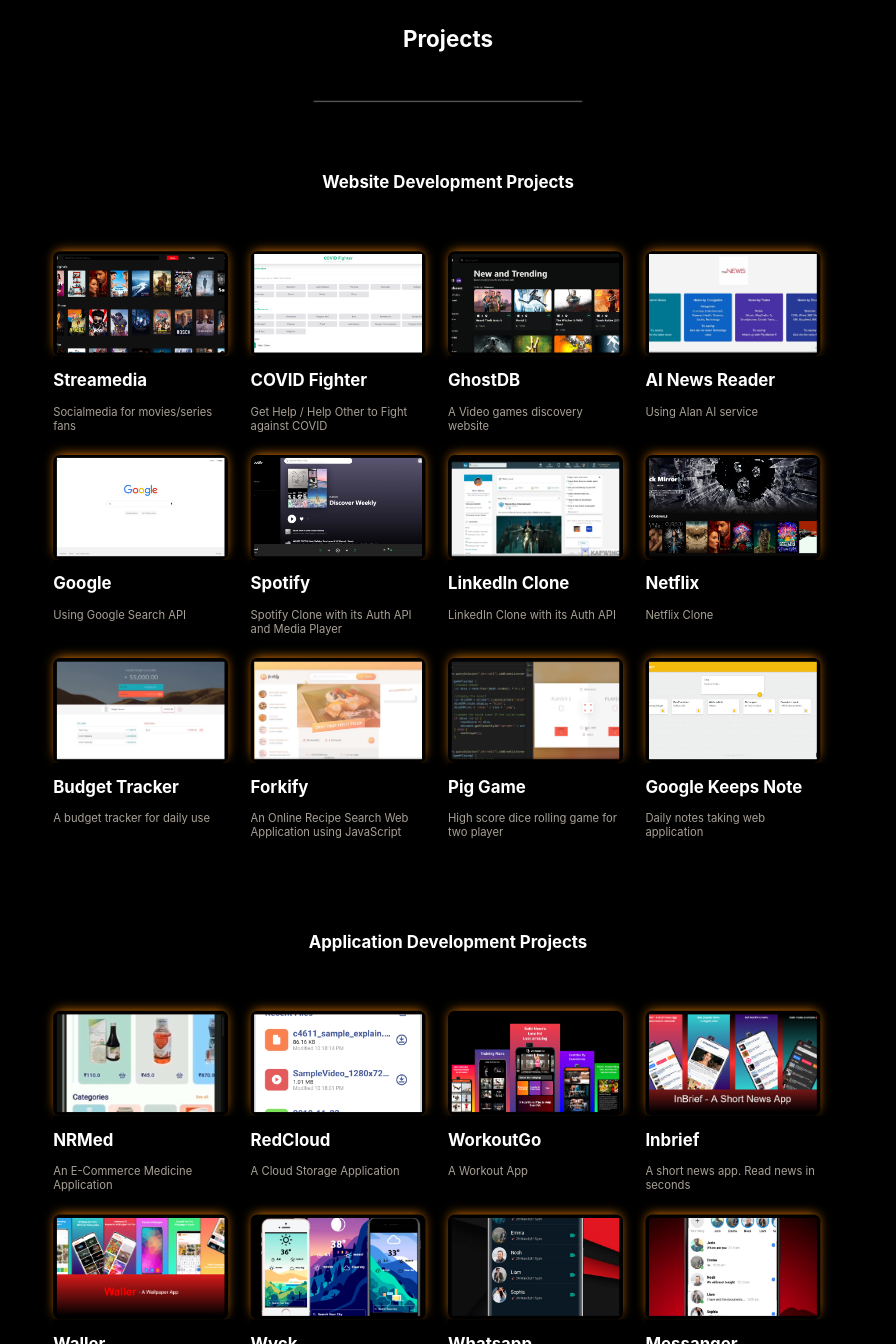
Repository: red-star25/next-portfolio
Page: /
The author's editor kept a copy of each file at every save. The page is drawn from the files as they stood at one save, then again after the next save.
The browser window is 1280 px wide. The pictures show the part of the page from y = 727 to 2647 px (the page is 5386 px tall), at 70% of full size.
The project was rebuilt for these pictures with package versions that can differ from the ones it lists, and the page was loaded fresh each time. The framework's server and built-in components were replaced by stand-ins that run in the browser.

Above is the page before, as saved 2023-11-06 11:25:51.

### styles/globals.css
@import url("https://fonts.googleapis.com/css2?family=Ubuntu&display=swap");

html,
body {
  scroll-behavior: smooth;

  padding: 0;
  margin: 0;
  font-family: -apple-system, BlinkMacSystemFont, "Ubuntu", Segoe UI, Roboto,
    Oxygen, Ubuntu, Cantarell, Fira Sans, Droid Sans, Helvetica Neue, sans-serif;
}

a {
  color: inherit;
  text-decoration: none;
}

* {
  box-sizing: border-box;
  background-color: black;
}

/* width */
::-webkit-scrollbar {
  width: 15px;
}

/* Track */
::-webkit-scrollbar-track {
  background: white;
}

/* Handle */
::-webkit-scrollbar-thumb {
  background: grey;
}

/* Handle on hover */
::-webkit-scrollbar-thumb:hover {
  background: #555;
}

### styles/App.module.css
.app {
  width: 100%;
  overflow: hidden;
}

.app__home {
  margin-top: 4em;
  height: 70vh;
  width: 100%;
  display: flex;
  align-items: center;
  justify-content: flex-start;
}

.app__scrollDownIndicator {
  display: flex;
  justify-content: center;
  align-items: center;
  padding: 1em 0;
  background-color: black;
  margin-top: 5em;
}
.app__scrollDownIndicator > img {
  height: 30px;
  width: 30px;
}

@media only screen and (max-width: 520px) {
  .app__scrollDownIndicator {
    margin-top: 1em;
  }
}

### component/Home/Home.jsx
import React from "react";
import styles from "../../styles/Home.module.css";

import { motion } from "framer-motion";

function Home() {
  return (
    <div className={styles.home}>
      <motion.div
        className={styles.home__left}
        animate={{
          x: 0,
          opacity: 1,
          transition: {
            duration: 0.5,
            type: "tween",
          },
        }}
        initial={{
          opacity: 0,
          x: -100,
        }}
      >
        <div className={styles.home__title}>
          <h1>
            Hello, I'm Dhruv
            <br />
            Nakum
          </h1>
        </div>
        <div className={styles.home__subtitle}>
          <p>Mobile and Web Developer from India.</p>
        </div>
        <div style={{ marginTop: "2em" }}></div>
        <div className={styles.resume_btn}>
          <a href="https://drive.google.com/file/d/1vIg0jRUwXptqm2S09jY5MFjWA6coCvS4/view?usp=sharing" download="Dhruv's Resume" target="_blank" rel="noreferrer">Download Resume</a>
        </div>
        <div style={{ marginTop: "2em" }}></div>
        <div className={styles.blog_btn}>
          <a href="https://dhruvnakum.xyz" target="_blank" rel="noreferrer">Visit Blog ↗</a>
        </div>
        <div className={styles.separator}></div>
        <div className={styles.home__subtitle2}>
          <p>See the projects below, or check out some</p>
        </div>
      </motion.div>
      <motion.div
        className={styles.home__right}
        animate={{
          opacity: 1,
          transition: {
            duration: 1,
            type: "tween",
          },
        }}
        initial={{
          opacity: 0,
        }}
      >
        <img src="/images/b&w.png" alt="" />
      </motion.div>
    </div>
  );
}

export default Home;

### component/Project/Project.jsx
import { useEffect } from "react";
import styles from "../../styles/Project.module.css";
import Image from "next/image";
import { useRouter } from "next/router";

import Aos from "aos";
import "aos/dist/aos.css";

function Project() {
  const router = useRouter();
  const webProjects = [
    {
      title: "Streamedia",
      subtitle: "Socialmedia for movies/series fans",
      image: "/images/Home.png",
      source: "https://streamedia.in/",
    },
    {
      title: "COVID Fighter",
      subtitle: "Get Help / Help Other to Fight against COVID",
      image: "/images/covidFighter.png",
      source: "http://covid-fighter.vercel.app/",
    },
    {
      title: "GhostDB",
      subtitle: "A Video games discovery website",
      image: "/images/ghost.png",
      source: "https://ghostdb.vercel.app/",
    },

    {
      title: "AI News Reader",
      subtitle: "Using Alan AI service",
      image: "/images/ai_reader.png",
      source: "https://github.com/red-star25/alan-ai",
    },
    {
      title: "Google",
      subtitle: "Using Google Search API",
      image: "/images/google_clone.png",
      source: "https://github.com/red-star25/google-clone",
    },
    {
      title: "Spotify",
      subtitle: "Spotify Clone with its Auth API and Media Player",
      image: "/images/spotify_clone.png",
      source: "https://github.com/red-star25/spotify-clone",
    },
    {
      title: "LinkedIn Clone",
      subtitle: "LinkedIn Clone with its Auth API",
      image: "/images/linkedInClone.png",
      source: "https://github.com/red-star25/LinkedIn-Clone",
    },
    {
      title: "Netflix",
      subtitle: "Netflix Clone",
      image: "/images/netflix_clone.png",
      source: "https://github.com/red-star25/netflix-clone",
    },

    {
      title: "Budget Tracker",
      subtitle: "A budget tracker for daily use",
      image: "/images/budget_tracker.png",
      source: "https://zealous-mclean-9f05f5.netlify.app/",
    },
    {
      title: "Forkify",
      subtitle: "An Online Recipe Search Web Application using JavaScript ",
      image: "/images/forkify.png",
    },
    {
      title: "Pig Game",
      subtitle: "High score dice rolling game for two player",
      image: "/images/pig_game.png",
      source: "https://github.com/red-star25/pigGame",
    },
    {
      title: "Google Keeps Note",
      subtitle: "Daily notes taking web application",
      image: "/images/todo.png",
      source: "https://github.com/red-star25/todo-js",
    },
  ];
  const appProjects = [
    {
      title: "NRMed",
      subtitle: "An E-Commerce Medicine Application",
      image: "/images/NRMed.png",
      source:
        "https://www.linkedin.com/posts/dhruv-nakum-4b1054176_flutter-flutterdev-flutterappdevelopment-activity-6819283560608886784-152l",
    },
    {
      title: "RedCloud",
      subtitle: "A Cloud Storage Application",
      image: "/images/redcloud.png",
    },
    {
      title: "WorkoutGo",
      subtitle: "A Workout App",
      image: "/images/Workout.png",
      source:
        "https://play.google.com/store/apps/details?id=com.nakumsdtech.workout",
    },
    {
      title: "Inbrief",
      subtitle: "A short news app. Read news in seconds",
      image: "/images/inbrief.png",
      source:
        "https://play.google.com/store/apps/details?id=com.NakumsDtech.inbreif",
    },
    {
      title: "Waller",
      subtitle: "A Wallpaper app. Save & Set wallpapers in one click",
      image: "/images/waller.png",
      source:
        "https://play.google.com/store/apps/details?id=com.NakumsDtech.waller",
    },
    {
      title: "Wyck",
      subtitle: "A Weahter forcast app using 'openweatherapi'",
      image: "/images/weather.png",
      source:
        "https://play.google.com/store/apps/details?id=com.NakumsDtech.wyck",
    },
    {
      title: "Whatsapp",
      subtitle: "An UI clone of Whatsapp mobile application",
      image: "/images/whatsapp_mob.png",
    },
    {
      title: "Messanger",
      subtitle: "An UI clone of Facebook messanger mobile application",
      image: "/images/messanger_app.png",
    },
  ];

  useEffect(() => {
    Aos.init({ duration: 1500 });
  }, []);
  return (
    <div className={styles.project}>
      <h1 data-aos="zoom-in">Projects</h1>
      <div data-aos="zoom-in" className={styles.project__seperator}></div>
      <div className={styles.project__web}>
        <h2>Website Development Projects</h2>
        <div className={styles.project__listOfProject}>
          {webProjects.map((project, index) => {
            return (
              <div
                key={index}
                data-aos="zoom-in-up"
                style={{ cursor: project.source ? "pointer" : "default" }}
                className={styles.projectCard__main}
                onClick={() => {
                  if (project.source != null) router.push(project.source);
                }}
              >
                <div className={styles.projectCard}>
                  <Image
                    width={240}
                    height={140}
                    layout="responsive"
                    objectFit="cover"
                    src={project.image}
                    alt=""
                  />
                </div>
                <div className={styles.projectCard__title}>
                  <h2>{project.title}</h2>
                </div>
                <div className={styles.projectCard__subTitle}>
                  <p>{project.subtitle}</p>
                </div>
              </div>
            );
          })}
        </div>
      </div>
      <div className={styles.project__mobile}>
        <h2>Application Development Projects</h2>
        <div className={styles.project__listOfProject}>
          {appProjects.map((project) => {
            return (
              <div
                data-aos="zoom-in-up"
                style={{ cursor: project.source ? "pointer" : "default" }}
                className={styles.projectCard__main}
                onClick={() => {
                  if (project.source != null) router.push(project.source);
                }}
              >
                <div className={styles.projectCard}>
                  <Image
                    width={240}
                    height={140}
                    objectFit="cover"
                    src={project.image}
                    alt=""
                  />
                </div>
                <div className={styles.projectCard__title}>
                  <h2>{project.title}</h2>
                </div>
                <div className={styles.projectCard__subTitle}>
                  <p>{project.subtitle}</p>
                </div>
              </div>
            );
          })}
        </div>
      </div>
    </div>
  );
}

export default Project;

### component/Connect/Connect.jsx
import React, { useEffect } from "react";
import styles from "../../styles/Connect.module.css";
import Aos from "aos";
import "aos/dist/aos.css";
function Connect() {
  useEffect(() => {
    Aos.init({ duration: 1000 });
  }, []);
  return (
    <div className={styles.connect}>
      <h1 data-aos="zoom-in">Connect</h1>
      <div data-aos="zoom-in" className={styles.connect__seperator}></div>
      <div className={styles.connect__details}>
        <div data-aos="fade-right" className={styles.connectDetails__1}>
          <h1 id={styles.name}>DHRUV NAKUM</h1>
          <p id={styles.profession}>Mobile and Web Developer</p>
          <span id={styles.residency}>• India</span>
        </div>
        <div data-aos="fade-right" className={styles.connectDetails__2}>
          <p id={styles.connectText}>
            If you are thinking about hiring me or would like to discuss a
            project, get in touch with me at
          </p>
          <p id={styles.email}>nakumdhruv123@gmail.com</p>
        </div>
        <div className={styles.connect__social}>
          <a
            href="https://www.linkedin.com/in/dhruv-nakum-4b1054176/"
            target="_blank"
          >
            LINKED IN
          </a>
          <p>/</p>

          <a href="https://twitter.com/dhruv_nakum" target="_blank">
            TWITTER
          </a>
          <p>/</p>

          <a href="https://github.com/red-star25" target="_blank">
            GITHUB
          </a>
        </div>
      </div>
    </div>
  );
}

export default Connect;

### styles/Home.module.css
.home {
  margin: 2em 0em 0em 5em;
  padding: 1em;
  display: flex;
  height: 100%;
  width: 100%;
}

.home__title > h1 {
  color: white;
  font-size: 4em;
}

.home__subtitle > p {
  padding-top: 1em;
  color: #a8a196;
}

.home__subtitle2 > p {
  padding-top: 2em;
  color: #a8a196;
  font-size: 0.8rem;
}

.separator {
  margin-top: 3em;
  border-top: 2px solid #a8a196;
  width: 50px;
}

.home__left {
  height: 100%;
  display: flex;
  width: 50%;
  align-items: flex-start;
  justify-content: center;
  flex-direction: column;
}
.home__right {
  width: 50%;
  display: flex;
  align-items: center;
  justify-content: center;
}

.home__right > img {
  width: 50%;
  border-radius: 150px;
}

.resume_btn > a {
  width: fit-content;
  text-decoration: none;
  color: rgba(255, 255, 255, 0.786);
  padding: 0.5em 2.5em;
  transition: 0.5s;
  background-color: rgba(245, 245, 245, 0.233);
  border-radius: 10px;
}

.resume_btn :hover {
  background-color: white;
  color: black;
  border-radius: 10px;
  cursor: pointer;
}
.blog_btn > a {
  width: fit-content;
  text-decoration: none;
  color: rgba(255, 255, 255, 0.786);
  padding: 0.5em 2.5em;
  transition: 0.5s;
  background-color: rgba(245, 245, 245, 0.233);
  border-radius: 10px;
}

.blog_btn :hover {
  background-color: white;
  color: black;
  border-radius: 10px;
  cursor: pointer;
}

@media only screen and (max-width: 520px) {
  .home {
    margin-left: 3em;
    margin-top: -3em;
  }

  .home__left {
    width: 100%;
  }

  .home__right {
    display: none;
  }
}

@media only screen and (max-width: 880px) {
  .home__left {
    width: 100%;
  }

  .home__right {
    display: none;
  }
}

### styles/Project.module.css
.project {
  display: flex;
  flex-direction: column;
  align-items: center;
  justify-content: center;
}

.project > h1 {
  padding-top: 1em;
  color: white;
  align-self: center;
}

.projectCard {
  height: 150px;
  width: 250px;
  border-radius: 10px;
  padding: 0.3em;
  margin-right: 2em;
  /* margin-bottom: 1em; */
  -webkit-box-shadow: 0px -3px 17px -4px rgba(255, 136, 0, 1);
  -moz-box-shadow: 0px -3px 17px -4px rgba(255, 136, 0, 1);
  box-shadow: 0px -3px 17px -4px rgba(255, 136, 0, 1);
}

.project__seperator {
  width: 30%;
  border-top: 1px solid white;
  margin-top: 3em;
  margin-bottom: 5em;
}

.project__listOfProject {
  margin-top: 4em;
  display: flex;
  flex-wrap: wrap;
  justify-content: center;
}

.project__web,
.project__mobile > h2 {
  color: white;
}

.project__web {
  display: flex;
  flex-direction: column;
  justify-content: center;
  align-items: center;
  width: 90%;
}

.project__mobile {
  margin-top: 5em;
  width: 90%;
  display: flex;
  flex-direction: column;
  justify-content: center;
  align-items: center;
}

.projectCard__main {
  margin-bottom: 1em;
  display: flex;
  flex-direction: column;
}

.projectCard__title > h2 {
  color: white;
  width: 250px;
}

.projectCard__subTitle {
  color: #a8a196;
  width: 250px;
  margin-top: -1em;
}

### styles/Skills.module.css
.skills {
  display: flex;
  flex-direction: column;
  align-items: center;
  justify-content: center;
  margin-top: 5em;
  margin-bottom: 10em;
  margin-left: auto;
  margin-right: auto;
  width: 80%;
}

.skills > h1 {
  color: white;
}

.skills__seperator {
  width: 30%;
  border-top: 1px solid white;
  margin-top: 3em;
  margin-bottom: 5em;
}

.skillMain__item {
  padding-bottom: 2em;
  display: flex;
  flex-direction: column;
  width: 100%;
}

.skillMain2__item {
  align-items: flex-end;
  padding-bottom: 2em;
  display: flex;
  flex-direction: column;
  width: 100%;
}

.skillMain__item > h3,
.skillMain2__item > h3 {
  color: white;
  margin-bottom: 2em;
}

.skills__main1,
.skills__main2 {
  display: flex;
  width: 100%;
}

.skills__main2 {
  margin-top: 5em;
}

.skillsMain__left {
  width: 50%;
  margin: auto;
}
.skillsMain__right {
  width: 50%;
  margin: auto;
}
.skillMain__counter {
  height: 10px;
  width: 70%;
  background-color: red;
  border-radius: 10px;
}

.pie_chart {
  width: 100%;
  height: 280px;
}

@media only screen and (max-width: 720px) {
  .pie_chart {
    height: 200px;
  }
}
@media only screen and (max-width: 520px) {
  .skills__main1,
  .skills__main2 {
    display: flex;
    flex-direction: column;
  }

  .skills__main1 {
    flex-direction: column-reverse;
  }

  .skillsMain__left,
  .skillsMain__right {
    width: 70%;
  }

  .skillMain2__item {
    align-items: flex-start;
  }
  .skills {
    width: 100%;
  }
}

### styles/Connect.module.css
.connect {
  display: flex;
  flex-direction: column;
  width: 90%;
  margin: auto;
}

.connect > h1 {
  color: white;
  align-self: center;
}

.connect__seperator {
  width: 30%;
  align-self: center;
  border-top: 1px solid white;
  margin-top: 3em;
  margin-bottom: 5em;
}

#name {
  color: white;
  padding-bottom: 0.7em;
}
#profession {
  color: #a8a196;
  padding-bottom: 0.5em;
}

#residency {
  font-size: small;
  margin-top: 2em;
  color: #a8a196;
}

.connectDetails__1,
.connectDetails__2 {
  margin-bottom: 5em;
  margin-left: 5em;
}

#connectText {
  color: #a8a196;
  width: 30%;
  margin-bottom: 1em;
}

#email,
#mobile {
  color: white;
  font-weight: bold;
}

.connect__social {
  margin-bottom: 5em;
  display: flex;
  margin-left: 5em;
}

.connect__social > a {
  text-decoration: none;
  color: white;
  font-size: small;
}

.connect__social > p {
  margin: 0px 2em;
  color: #a8a196;
  font-size: smaller;
}

@media only screen and (max-width: 520px) {
  #connectText {
    width: 90%;
  }

  .connectDetails__1,
  .connectDetails__2 {
    margin-left: 3em;
  }

  .connect__social > p {
    margin: 0px 1em;
  }
  .connect__social {
    margin-left: 3em;
  }
}

### styles/Experience.module.css
.experience {
  display: flex;
  flex-direction: column;
  align-items: center;
  justify-content: center;
  margin-top: 5em;
  margin-bottom: 10em;
  margin-left: auto;
  margin-right: auto;
  width: 80%;
  color: white;
  list-style: none;
}

.experience > h1 {
  color: white;
}

.experience__seperator {
  width: 30%;
  border-top: 1px solid white;
  margin-top: 3em;
  margin-bottom: 5em;
}

.experience__data {
  display: flex;
}

.experience__data > ul {
  list-style: none;
}

.company__position {
  font-weight: bold;
  font-size: large;
  margin-bottom: 0.5em;
  color: antiquewhite;
}

.company__duration {
  color: gainsboro;
  font-size: smaller;
  margin-top: 0.5em;
}

@media only screen and (max-width: 520px) {
  .experience__data {
    flex-direction: column;
  }
}

@media only screen and (max-width: 720px) {
  .experience__data {
    flex-direction: column;
  }
}

Loaded but not shown: pages/_app.js (common file); component/Experience/Experience.js (47 lines, source omitted); pages/index.js (43 lines, source omitted); component/Header/Header.jsx (230 lines, source omitted); styles/Header.module.css (146 lines, source omitted); component/Skills/Skills.jsx (96 lines, source omitted)

After the next save:
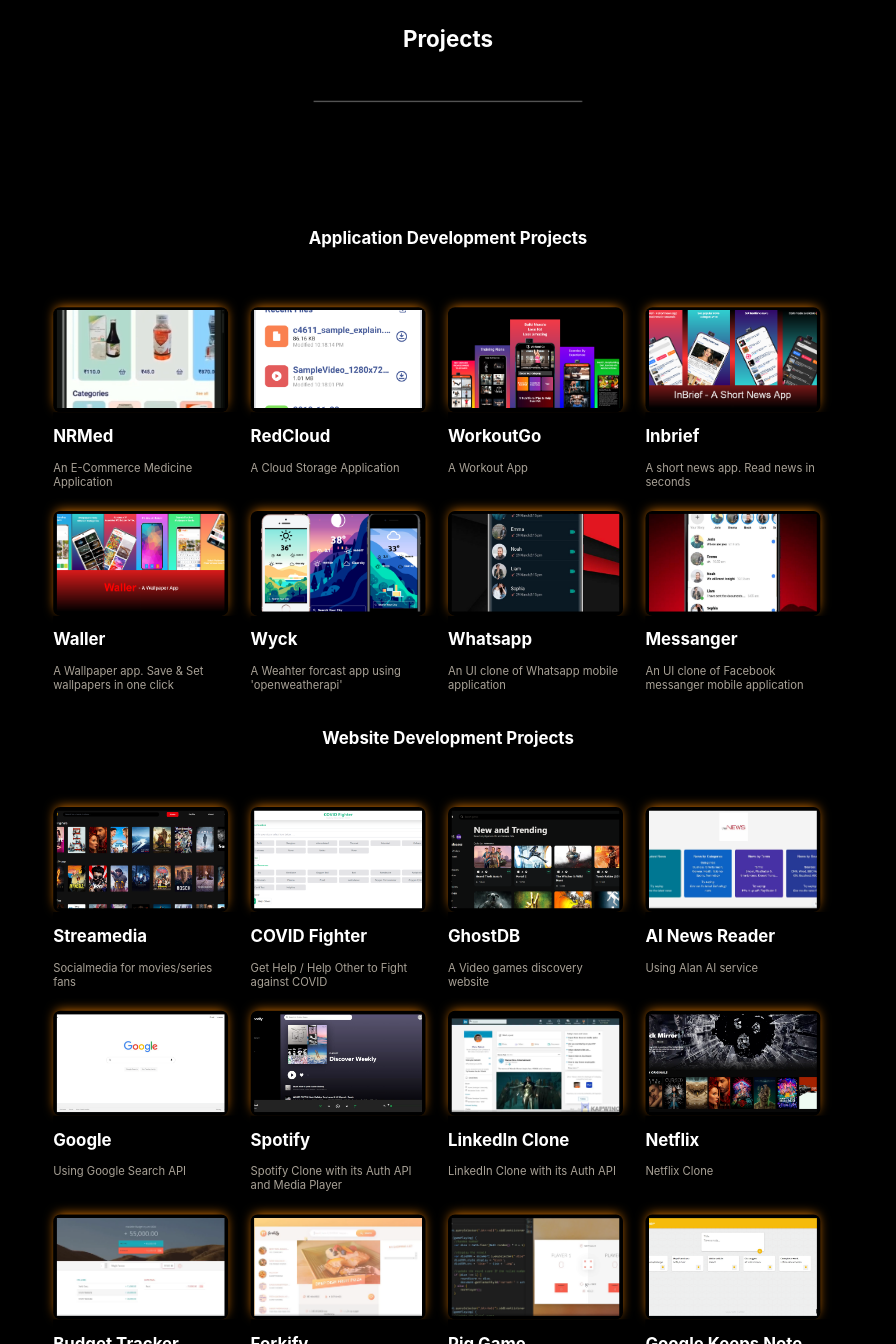
Saved 48 s later.
--- a/component/Project/Project.jsx
+++ b/component/Project/Project.jsx
@@ -1,7 +1,7 @@
+import Image from "next/image";
+import { useRouter } from "next/router";
 import { useEffect } from "react";
 import styles from "../../styles/Project.module.css";
-import Image from "next/image";
-import { useRouter } from "next/router";
 
 import Aos from "aos";
 import "aos/dist/aos.css";
@@ -143,6 +143,40 @@
     <div className={styles.project}>
       <h1 data-aos="zoom-in">Projects</h1>
       <div data-aos="zoom-in" className={styles.project__seperator}></div>
+
+      <div className={styles.project__mobile}>
+        <h2>Application Development Projects</h2>
+        <div className={styles.project__listOfProject}>
+          {appProjects.map((project) => {
+            return (
+              <div
+                data-aos="zoom-in-up"
+                style={{ cursor: project.source ? "pointer" : "default" }}
+                className={styles.projectCard__main}
+                onClick={() => {
+                  if (project.source != null) router.push(project.source);
+                }}
+              >
+                <div className={styles.projectCard}>
+                  <Image
+                    width={240}
+                    height={140}
+                    objectFit="cover"
+                    src={project.image}
+                    alt=""
+                  />
+                </div>
+                <div className={styles.projectCard__title}>
+                  <h2>{project.title}</h2>
+                </div>
+                <div className={styles.projectCard__subTitle}>
+                  <p>{project.subtitle}</p>
+                </div>
+              </div>
+            );
+          })}
+        </div>
+      </div>
       <div className={styles.project__web}>
         <h2>Website Development Projects</h2>
         <div className={styles.project__listOfProject}>
@@ -178,39 +212,6 @@
           })}
         </div>
       </div>
-      <div className={styles.project__mobile}>
-        <h2>Application Development Projects</h2>
-        <div className={styles.project__listOfProject}>
-          {appProjects.map((project) => {
-            return (
-              <div
-                data-aos="zoom-in-up"
-                style={{ cursor: project.source ? "pointer" : "default" }}
-                className={styles.projectCard__main}
-                onClick={() => {
-                  if (project.source != null) router.push(project.source);
-                }}
-              >
-                <div className={styles.projectCard}>
-                  <Image
-                    width={240}
-                    height={140}
-                    objectFit="cover"
-                    src={project.image}
-                    alt=""
-                  />
-                </div>
-                <div className={styles.projectCard__title}>
-                  <h2>{project.title}</h2>
-                </div>
-                <div className={styles.projectCard__subTitle}>
-                  <p>{project.subtitle}</p>
-                </div>
-              </div>
-            );
-          })}
-        </div>
-      </div>
     </div>
   );
 }
